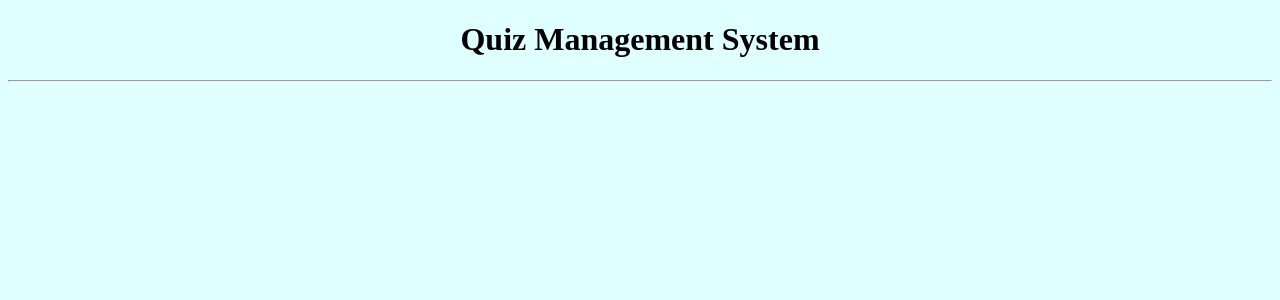
Repository: Rohitsenpai01/Quiz-Manangement-System
Page: http://localhost/WebQuizApp/quizlist.jsp
These files come from the project's save history. The page is drawn as it stood at one moment and after the next save; the edit follows.
The browser window is 1280 px wide. The pictures show the whole page.
The page is served by Tomcat 9. Other server files are loaded and not shown. Queries for data that is not in the repository find no rows.

Above is the page before, as saved 2025-12-29 16:21:18.

### WebQuizApp/WebQuizApp/src/main/webapp/quizlist.jsp
<%@ page language="java" contentType="text/html; charset=UTF-8"
    pageEncoding="UTF-8"%>
<%@ taglib prefix="c" uri="http://java.sun.com/jsp/jstl/core" %>
<!DOCTYPE html>
<html>
<head>
<meta charset="UTF-8">
<title>Quiz List</title>
</head>
<body bgcolor="${initParam.theme}">
	<h1 style="text-align: center;">${initParam.appTitle}</h1><hr><br>

</body>
</html>

### WebQuizApp/WebQuizApp/src/main/java/com/app/beans/QuizListBean.java
package com.app.beans;

import java.util.ArrayList;
import java.util.List;

import com.app.daos.QuizDao;
import com.app.daos.QuizDaoImp;
import com.app.pojos.Quiz;

public class QuizListBean {
	private List<Quiz> quizList;
	public QuizListBean() {
		this.quizList = new ArrayList<>();
	}
	public List<Quiz> getQuizList() {
		return quizList;
	}
	public void setQuizList(List<Quiz> quizList) {
		this.quizList = quizList;
	}
	public void getQuizzes() {
		try(QuizDao quizDao = new QuizDaoImp()) {
			this.quizList = quizDao.findAll();
		} catch (Exception e) {
			e.printStackTrace();
		}
	}
}

### WebQuizApp/WebQuizApp/src/main/java/com/app/daos/QuizDao.java
package com.app.daos;

import java.util.List;

import com.app.pojos.Quiz;

public interface QuizDao extends AutoCloseable{
	List<Quiz> findAll() throws Exception;
	Quiz findById(int qid) throws Exception;
	int save(Quiz q) throws Exception;
	int update(Quiz q) throws Exception;
	int deleteById(int qid) throws Exception;
}

### WebQuizApp/WebQuizApp/src/main/java/com/app/util/DbUtil.java
package com.app.util;

import java.sql.Connection;
import java.sql.DriverManager;

public class DbUtil {
	private static final String DB_DRIVER = "com.mysql.cj.jdbc.Driver";
	private static final String DB_URL = "jdbc:mysql://localhost:3306/quiz_management_system";
	private static final String DB_USER = "root";
	private static final String DB_PASSWD = "manager";

	static {
		try {
			Class.forName(DB_DRIVER);
		} catch(Exception e) {
			e.printStackTrace();
			System.exit(1);
		}
	}

	public static Connection getConnection() throws Exception {
		Connection con = DriverManager.getConnection(DB_URL, DB_USER, DB_PASSWD);
		return con;
	}
}

### WebQuizApp/WebQuizApp/src/main/java/com/app/pojos/Quiz.java
package com.app.pojos;

public class Quiz {
	public int quizId;
	public String title;
	public Integer creater_id;

	public Quiz() {
	}

	public Quiz(int quizId, String title, Integer creater_id) {
		this.quizId = quizId;
		this.title = title;
		this.creater_id = creater_id;
	}

	public int getId() {
		return quizId;
	}

	public void setId(int quizId) {
		this.quizId = quizId;
	}

	public String getTitle() {
		return title;
	}

	public void setTitle(String title) {
		this.title = title;
	}

	public Integer getCreater_id() {
		return creater_id;
	}

	public void setCreater_id(Integer creater_id) {
		this.creater_id = creater_id;
	}

}

After the next save:
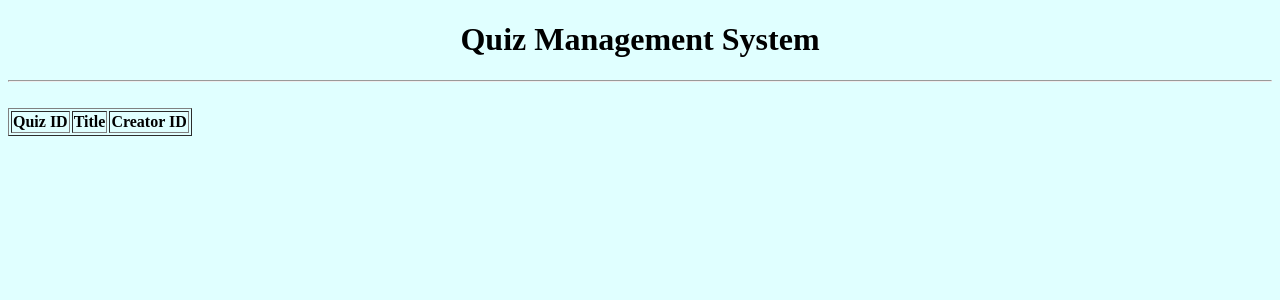
Saved 7 min 55 s later.
--- a/WebQuizApp/WebQuizApp/src/main/webapp/quizlist.jsp
+++ b/WebQuizApp/WebQuizApp/src/main/webapp/quizlist.jsp
@@ -9,6 +9,26 @@
 </head>
 <body bgcolor="${initParam.theme}">
 	<h1 style="text-align: center;">${initParam.appTitle}</h1><hr><br>
-
+	<jsp:useBean id="ql" class="com.app.beans.QuizListBean"/>
+	${ql.getQuizzes()}
+	<table border="1">
+		<thead>
+			<tr>
+				<th>Quiz ID</th>
+				<th>Title</th>
+				<th>Creator ID</th>
+			</tr>
+		</thead>
+		<tbody>
+			<c:forEach var="q" items="${ql.quizList}">
+				<tr>
+					<td>${q.quizId}</td>
+					<td>${q.title}</td>
+					<td>${q.creator_id}</td>
+				</tr>
+			</c:forEach>
+		</tbody>
+	</table>
+	<p>${param.msg}</p>
 </body>
 </html>
